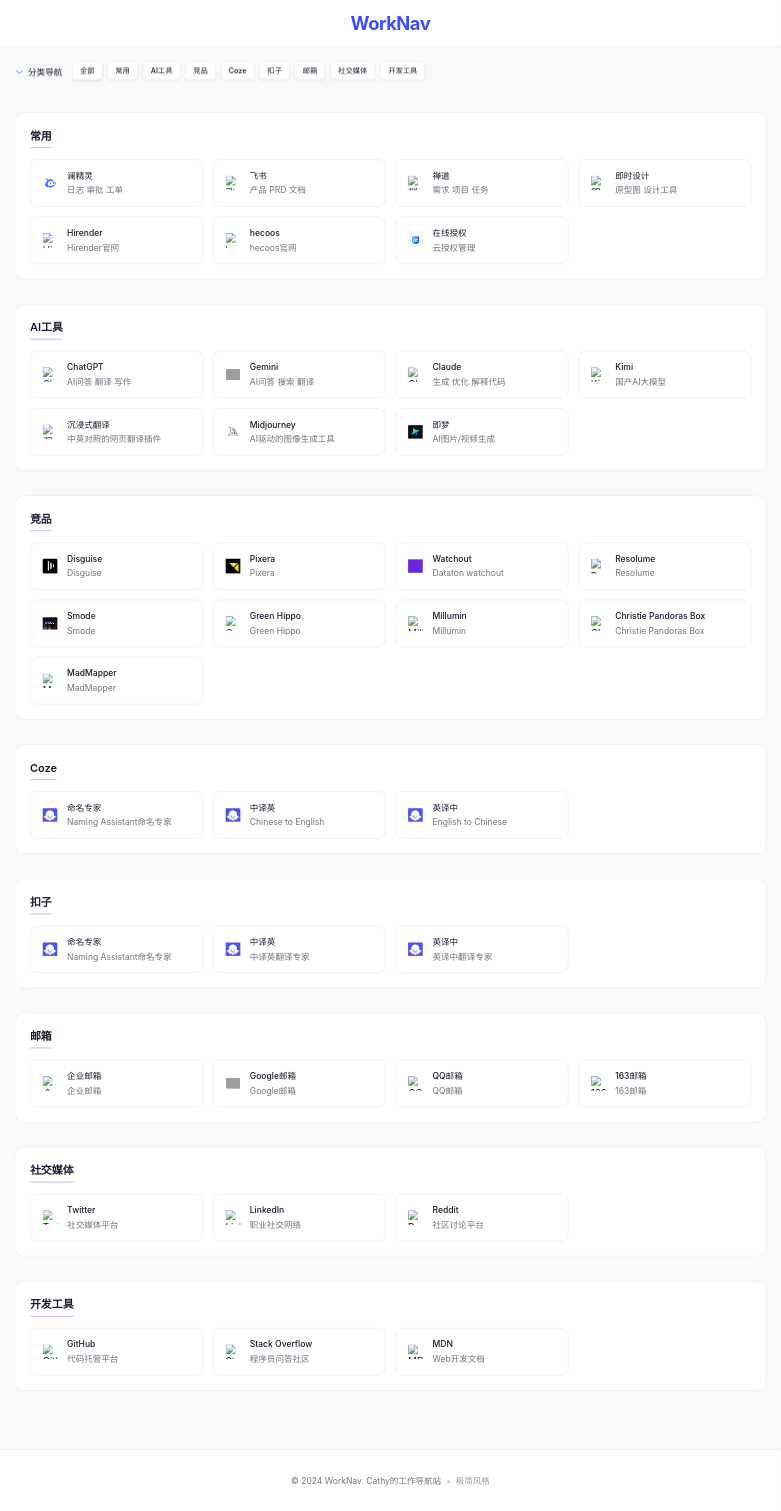
Repository: SweetPomelo0/WorkNav
Page: /
An editor plug-in stored every save of this project. The page is shown before and after the next save, followed by the edit.
The browser window is 1280 px wide. The pictures show the whole page, at 61% of full size.
Pictures or frames that could not be fetched are drawn as grey boxes. The project was rebuilt for these pictures with package versions that can differ from the ones it lists, and the page was loaded fresh each time. The framework's server and built-in components were replaced by stand-ins that run in the browser. Also part of the build but not shown: next.config.ts.

Above is the page before, as saved 2025-07-26 22:23:26.

After the next save:
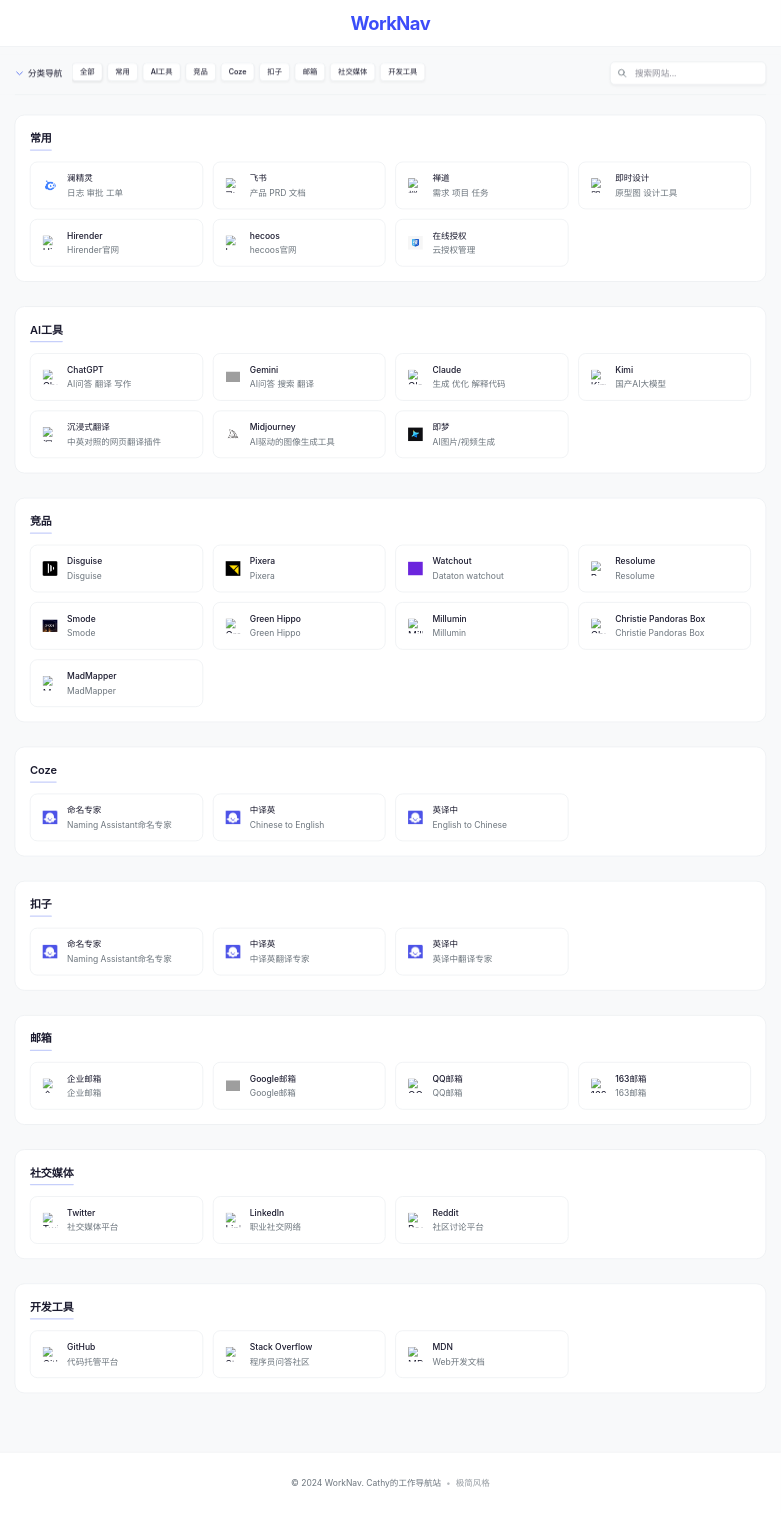
Saved 44 s later.
--- a/src/app/page.tsx
+++ b/src/app/page.tsx
@@ -159,6 +159,47 @@
                 </a>
               ))}
             </div>
+
+            {/* Search Box */}
+            <div className="flex-shrink-0 ml-4">
+              <div className="relative">
+                <div className="absolute inset-y-0 left-0 pl-3 flex items-center pointer-events-none">
+                  <svg
+                    className="h-4 w-4"
+                    fill="none"
+                    viewBox="0 0 24 24"
+                    stroke="currentColor"
+                    style={{ color: 'var(--text-secondary)' }}
+                  >
+                    <path
+                      strokeLinecap="round"
+                      strokeLinejoin="round"
+                      strokeWidth={2}
+                      d="M21 21l-6-6m2-5a7 7 0 11-14 0 7 7 0 0114 0z"
+                    />
+                  </svg>
+                </div>
+                <input
+                  type="text"
+                  placeholder="搜索网站..."
+                  className="w-64 pl-10 pr-4 py-2 text-sm rounded-lg border transition-all duration-200 focus:outline-none focus:ring-2 focus:ring-opacity-50"
+                  style={{
+                    background: 'var(--card-bg)',
+                    borderColor: 'var(--card-border)',
+                    color: 'var(--text-primary)',
+                    boxShadow: '0 2px 4px rgba(0,0,0,0.05)'
+                  }}
+                  onFocus={(e) => {
+                    e.target.style.borderColor = 'var(--accent)';
+                    e.target.style.boxShadow = '0 0 0 3px rgba(59, 130, 246, 0.1)';
+                  }}
+                  onBlur={(e) => {
+                    e.target.style.borderColor = 'var(--card-border)';
+                    e.target.style.boxShadow = '0 2px 4px rgba(0,0,0,0.05)';
+                  }}
+                />
+              </div>
+            </div>
           </div>
         </div>
         <div className="max-w-7xl mx-auto px-6">
